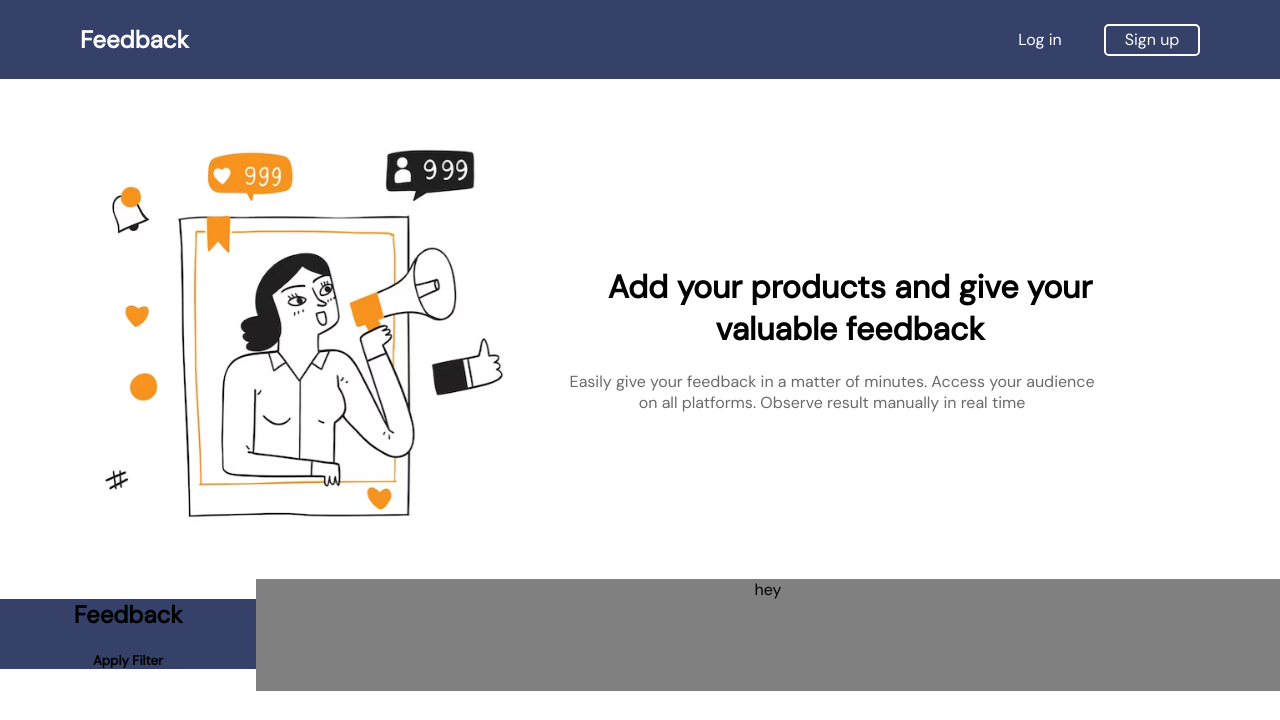
Repository: drumsmanku/final-evaluation-test
Page: / (app in client/)
An editor plug-in stored every save of this project. The page is shown before and after the next save, followed by the edit.
The browser window is 1280 px wide. The pictures show the whole page.
The page's requests for data from a server got no answer. The project was rebuilt for these pictures with package versions that can differ from the ones it lists, and the page was loaded fresh each time. No one was signed in, and anything a server would have sent is missing.

Above is the page before, as saved 2023-07-28 13:51:20.

After the next save:
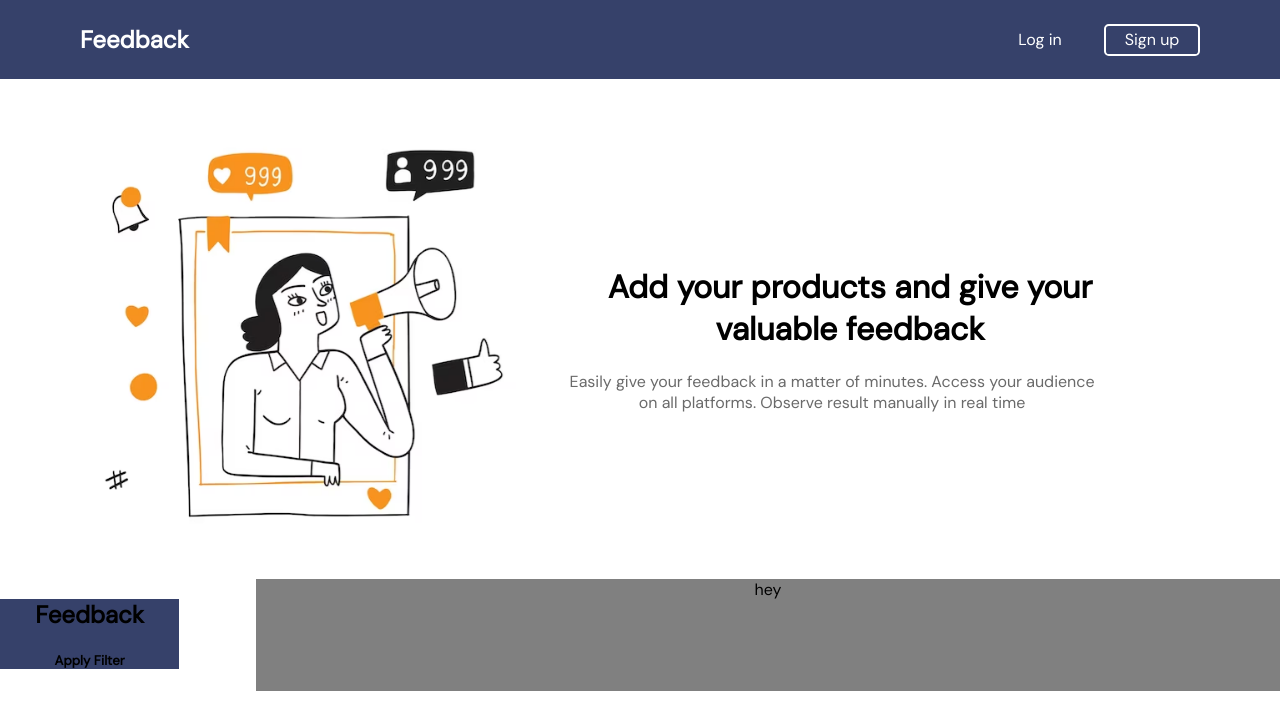
Saved 20 s later.
--- a/client/src/Components/MainPage.js
+++ b/client/src/Components/MainPage.js
@@ -70,7 +70,7 @@ function MainPage() {
       </div>
       <div className="main-bottom-container">
         <div className="bottom-left">
-          <article style={{backgroundColor:'#36416A'}}>
+          <article style={{backgroundColor:'#36416A', width:'70%'}}>
             <h2>Feedback</h2>
             <h5>Apply Filter</h5>
           </article>
